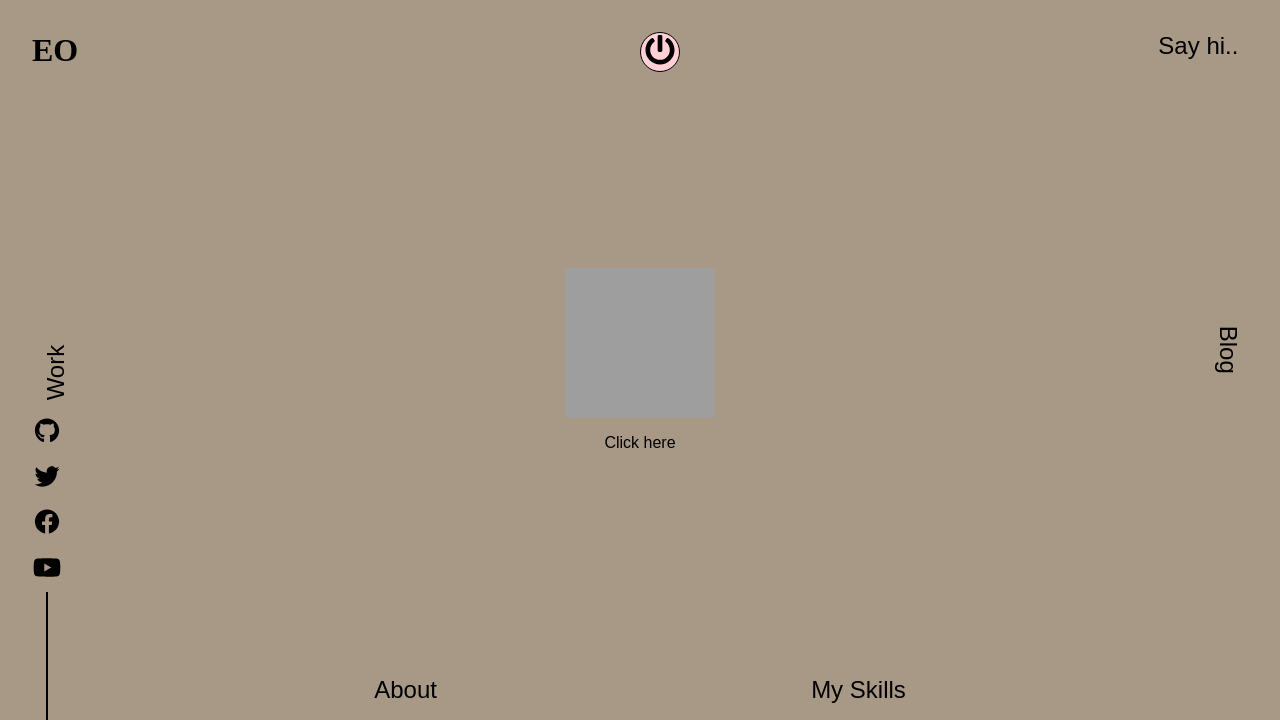
Repository: Deonorla/deon-dev
Page: /main
An editor plug-in stored every save of this project. The page is shown before and after the next save, followed by the edit.
The browser window is 1280 px wide. The pictures show the whole page.
Pictures or frames that could not be fetched are drawn as grey boxes. The project was rebuilt for these pictures with package versions that can differ from the ones it lists, and the page was loaded fresh each time. The framework's server and built-in components were replaced by stand-ins that run in the browser. Also part of the build but not shown: next.config.ts.

Above is the page before, as saved 2025-05-28 15:47:09.

### src/app/layout.tsx
import ClientRootLayout from "./ClientRootLayout";
export const metadata = {
  title: "Deon",
  description: "Deon's personal portfolio website",
};

export default function RootLayout({
  children,
}: {
  children: React.ReactNode;
}) {
  return <ClientRootLayout>{children}</ClientRootLayout>;
}

### src/app/main/page.tsx
"use client";

import PowerButton from "@/components/Button/PowerButton";
import LogoComponent from "@/components/Minor/Logo";
import Socials from "@/components/Minor/Socials";
import { YinYang } from "@/components/Minor/SvgPack/AllSvgs";
import Image from "next/image";
import Link from "next/link";
import styled from "styled-components";

const MainContainer = styled.div`
  background: ${(props) => props.theme.body};
  width: 100vw;
  height: 100vh;
  overflow: hidden;
  position: relative;

  h2,
  h3,
  h4,
  h5,
  h6 {
    font-family: "Karla", sans-serif;
    font-weight: 500;
  }
`;

const Container = styled.div`
  padding: 2rem;
`;

const Contact = styled(Link)`
  color: ${(props) => props.theme.text};
  position: absolute;
  top: 2rem;

  right: calc(1rem + 2vw);
  text-decoration: none;
  z-index: 1;
`;
const Blog = styled(Link)`
  color: ${(props) => props.theme.text};
  position: absolute;
  top: 50%;
  transform: rotate(90deg) translate(-50%, -50%);
  right: calc(1rem + 2vw);
  text-decoration: none;
  z-index: 1;
`;
const Work = styled(Link)`
  color: ${(props) => props.theme.text};
  position: absolute;
  top: 46%;
  transform: rotate(-90deg) translate(-50%, -50%);
  left: calc(1rem + 2vw);
  text-decoration: none;
  z-index: 1;
`;
const BottomBar = styled.div`
  position: absolute;
  bottom: 1rem;
  left: 0;
  right: 0;
  width: 100%;

  display: flex;
  justify-content: space-evenly;
`;
const About = styled(Link)`
  color: ${(props) => props.theme.text};
  text-decoration: none;
  z-index: 1;
`;
const Skills = styled(Link)`
  color: ${(props) => props.theme.text};
  text-decoration: none;
  z-index: 1;
`;

const Center = styled.button`
  position: absolute;
  top: 50%;
  left: 50%;
  transform: translate(-50%, -50%);
  border: none;
  outline: none;
  background-color: transparent;
  cursor: pointer;

  display: flex;
  flex-direction: column;
  justify-content: center;
  align-items: center;

  & > :last-child {
    padding-top: 1rem;
  }
`;

const Main = () => {
  return (
    <MainContainer>
      <Container>
        <PowerButton />
        <LogoComponent />
        <Socials />
        <Center>
          <Image
            src="/images/yinyang.png"
            alt="Deon Oluleye"
            width={150}
            height={150}
          />

          {/* <YinYang width={150} height={150} fill="currentColor" /> */}
          <span>Click here</span>
        </Center>
        <Contact target="_blank" href="mailto:deonoluleye@gmail.com">
          <h2>Say hi..</h2>
        </Contact>
        <Blog href="/blog">
          <h2>Blog</h2>
        </Blog>
        <Work href="/work">
          <h2>Work</h2>
        </Work>
        <BottomBar>
          <About href="/about">
            <h2>About</h2>
          </About>
          <Skills href="/Skills">
            <h2>My Skills</h2>
          </Skills>
        </BottomBar>
      </Container>
    </MainContainer>
  );
};

export default Main;

### src/app/ClientRootLayout.tsx
"use client";

import { Geist, Geist_Mono } from "next/font/google";
import { ThemeProvider } from "styled-components";
import GlobalStyle from "./globalStyles";
import "../../node_modules/normalize.css";
import { lightTheme } from "@/components/Minor/theme/Themes";

const geistSans = Geist({
  variable: "--font-geist-sans",
  subsets: ["latin"],
});

const geistMono = Geist_Mono({
  variable: "--font-geist-mono",
  subsets: ["latin"],
});

export default function ClientRootLayout({
  children,
}: {
  children: React.ReactNode;
}) {
  return (
    <html lang="en">
      <body>
        <ThemeProvider theme={lightTheme}>
          <GlobalStyle />
          {children}
        </ThemeProvider>
      </body>
    </html>
  );
}

### src/components/Button/PowerButton/index.tsx
"use client";
import { PowerBtn } from "@/components/Minor/SvgPack/AllSvgs";
import Image from "next/image";
import Link from "next/link";
import styled from "styled-components";

const Power = styled.button`
  position: fixed;
  top: 2rem;
  left: 50%;
  transform: translateX(-50%, 0);

  background-color: #ffd0d5;
  padding: 0.3rem;
  border-radius: 50%;
  border: 1px solid #000;
  width: 2.5rem;
  height: 2.5rem;

  display: flex;
  justify-content: center;
  align-items: center;
  z-index: 3;

  cursor: pointer;

  &:hover {
    background-color: rgba(0, 255, 0, 0.4);
    box-shadow: 0 0 8px 6px rgba(0, 255, 0, 0.2);
  }

  & > *:first-child {
    text-decoration: none;
    color: inherit;
  }
`;

const PowerButton = () => {
  return (
    <Power>
      <Link href="/">
        <PowerBtn width={30} height={30} fill="currentColor" />
      </Link>
    </Power>
  );
};

export default PowerButton;

### src/components/Minor/Logo/index.tsx
import React from "react";
import styled from "styled-components";

const Logo = styled.h1`
  display: inline-block;
  color: ${(prop) => prop.theme.text};
  font-family: "pacifico", cursive;

  position: fixed;
  left: 2rem;
  top: 2rem;
  z-index: 3;
`;

const LogoComponent = () => {
  return (
    <div>
      <Logo>EO</Logo>
    </div>
  );
};

export default LogoComponent;

### src/components/Minor/Socials/index.tsx
import Link from "next/link";
import React from "react";
import styled from "styled-components";
import { Facebook, Github, Twitter, YouTube } from "../SvgPack/AllSvgs";

const Icons = styled.div`
  display: flex;
  flex-direction: column;
  align-items: center;

  position: fixed;
  bottom: 0;
  left: 2rem;

  z-index: 3;

  & > *:not(:last-child) {
    margin: 0.5rem 0;
  }
`;

const Line = styled.span`
  width: 2px;
  height: 8rem;
  background-color: ${(props) => props.theme.text};
`;

const Socials = () => {
  return (
    <Icons>
      <div>
        <Link
          style={{ color: "inherit" }}
          target="_blank"
          href="https://github.com/deonorla"
        >
          <Github width={30} height={25} fill="currentColor" />
        </Link>
      </div>
      <div>
        <Link
          style={{ color: "inherit" }}
          target="_blank"
          href="https://x.com/DeonAtricks"
        >
          <Twitter width={30} height={25} fill="currentColor" />
        </Link>
      </div>
      <div>
        <Link style={{ color: "inherit" }} target="_blank" href="https://">
          <Facebook width={30} height={25} fill="currentColor" />
        </Link>
      </div>
      <div>
        <Link style={{ color: "inherit" }} target="_blank" href="https://">
          <YouTube width={30} height={25} fill="currentColor" />
        </Link>
      </div>
      <Line />
    </Icons>
  );
};

export default Socials;

### src/app/globalStyles.ts
import { createGlobalStyle } from "styled-components";

const GlobalStyle = createGlobalStyle`

*,*::before,*::after, h1, h2, h3, h4, h5, h6 {
  margin: 0;
  padding: 0;
}

h1, h2, h3, h4, h5, h6 {
display: inline-block;
}

body {
    margin: 0;
    padding: 0;
    overflow-x: hidden;
    font-family: "Source Sans Pro", sans-serif;
 }
`;

export default GlobalStyle;

### src/components/Minor/theme/Themes.ts
export interface MyTheme {
  body: string;
  text: string;
  fontFamily: string;
  bodyRgba: string;
  textRgba: string;
}

export const lightTheme = {
  body: "#A89987",
  text: "#000000",
  fontFamily: "'Source Sans Pro', sans-serif",
  bodyRgba: "252, 246, 244",
  textRgba: "0,0,0",
};

export const darkTheme = {
  body: "#000000",
  text: "#A89987",
  fontFamily: "'Source Sans Pro', sans-serif",
  bodyRgba: "0,0,0",
  textRgba: "252, 246, 244",
};

### src/components/Minor/SvgPack/AllSvgs.tsx
// components/PowerBtn.tsx
import React from "react";

interface Props extends React.SVGProps<SVGSVGElement> {
  fill?: string;
}

export const PowerBtn: React.FC<Props> = (props) => {
  return (
    <svg
      aria-hidden="true"
      data-prefix="fas"
      data-icon="power-off"
      className="svg-inline--fa fa-power-off fa-w-16"
      xmlns="http://www.w3.org/2000/svg"
      viewBox="0 0 512 512"
      {...props}
    >
      <path
        fill={props.fill || "currentColor"}
        d="M400 54.1c63 45 104 118.6 104 201.9 0 136.8-110.8 247.7-247.5 248C120 504.3 8.2 393 8 256.4 7.9 173.1 48.9 99.3 111.8 54.2c11.7-8.3 28-4.8 35 7.7L162.6 90c5.9 10.5 3.1 23.8-6.6 31-41.5 30.8-68 79.6-68 134.9-.1 92.3 74.5 168.1 168 168.1 91.6 0 168.6-74.2 168-169.1-.3-51.8-24.7-101.8-68.1-134-9.7-7.2-12.4-20.5-6.5-30.9l15.8-28.1c7-12.4 23.2-16.1 34.8-7.8zM296 264V24c0-13.3-10.7-24-24-24h-32c-13.3 0-24 10.7-24 24v240c0 13.3 10.7 24 24 24h32c13.3 0 24-10.7 24-24z"
      />
    </svg>
  );
};

export const Github: React.FC<Props> = (props) => {
  return (
    <svg
      aria-hidden="true"
      data-prefix="fab"
      data-icon="github"
      className="prefix__svg-inline--fa prefix__fa-github prefix__fa-w-16"
      xmlns="http://www.w3.org/2000/svg"
      viewBox="0 0 496 512"
      {...props}
    >
      <path
        fill={props.fill}
        d="M165.9 397.4c0 2-2.3 3.6-5.2 3.6-3.3.3-5.6-1.3-5.6-3.6 0-2 2.3-3.6 5.2-3.6 3-.3 5.6 1.3 5.6 3.6zm-31.1-4.5c-.7 2 1.3 4.3 4.3 4.9 2.6 1 5.6 0 6.2-2s-1.3-4.3-4.3-5.2c-2.6-.7-5.5.3-6.2 2.3zm44.2-1.7c-2.9.7-4.9 2.6-4.6 4.9.3 2 2.9 3.3 5.9 2.6 2.9-.7 4.9-2.6 4.6-4.6-.3-1.9-3-3.2-5.9-2.9zM244.8 8C106.1 8 0 113.3 0 252c0 110.9 69.8 205.8 169.5 239.2 12.8 2.3 17.3-5.6 17.3-12.1 0-6.2-.3-40.4-.3-61.4 0 0-70 15-84.7-29.8 0 0-11.4-29.1-27.8-36.6 0 0-22.9-15.7 1.6-15.4 0 0 24.9 2 38.6 25.8 21.9 38.6 58.6 27.5 72.9 20.9 2.3-16 8.8-27.1 16-33.7-55.9-6.2-112.3-14.3-112.3-110.5 0-27.5 7.6-41.3 23.6-58.9-2.6-6.5-11.1-33.3 2.6-67.9 20.9-6.5 69 27 69 27 20-5.6 41.5-8.5 62.8-8.5s42.8 2.9 62.8 8.5c0 0 48.1-33.6 69-27 13.7 34.7 5.2 61.4 2.6 67.9 16 17.7 25.8 31.5 25.8 58.9 0 96.5-58.9 104.2-114.8 110.5 9.2 7.9 17 22.9 17 46.4 0 33.7-.3 75.4-.3 83.6 0 6.5 4.6 14.4 17.3 12.1C428.2 457.8 496 362.9 496 252 496 113.3 383.5 8 244.8 8zM97.2 352.9c-1.3 1-1 3.3.7 5.2 1.6 1.6 3.9 2.3 5.2 1 1.3-1 1-3.3-.7-5.2-1.6-1.6-3.9-2.3-5.2-1zm-10.8-8.1c-.7 1.3.3 2.9 2.3 3.9 1.6 1 3.6.7 4.3-.7.7-1.3-.3-2.9-2.3-3.9-2-.6-3.6-.3-4.3.7zm32.4 35.6c-1.6 1.3-1 4.3 1.3 6.2 2.3 2.3 5.2 2.6 6.5 1 1.3-1.3.7-4.3-1.3-6.2-2.2-2.3-5.2-2.6-6.5-1zm-11.4-14.7c-1.6 1-1.6 3.6 0 5.9 1.6 2.3 4.3 3.3 5.6 2.3 1.6-1.3 1.6-3.9 0-6.2-1.4-2.3-4-3.3-5.6-2z"
      />
    </svg>
  );
};

export const Twitter: React.FC<Props> = (props) => {
  return (
    <svg
      aria-hidden="true"
      data-prefix="fab"
      data-icon="twitter"
      className="prefix__svg-inline--fa prefix__fa-twitter prefix__fa-w-16"
      xmlns="http://www.w3.org/2000/svg"
      viewBox="0 0 512 512"
      {...props}
    >
      <path
        fill={props.fill}
        d="M459.37 151.716c.325 4.548.325 9.097.325 13.645 0 138.72-105.583 298.558-298.558 298.558-59.452 0-114.68-17.219-161.137-47.106 8.447.974 16.568 1.299 25.34 1.299 49.055 0 94.213-16.568 130.274-44.832-46.132-.975-84.792-31.188-98.112-72.772 6.498.974 12.995 1.624 19.818 1.624 9.421 0 18.843-1.3 27.614-3.573-48.081-9.747-84.143-51.98-84.143-102.985v-1.299c13.969 7.797 30.214 12.67 47.431 13.319-28.264-18.843-46.781-51.005-46.781-87.391 0-19.492 5.197-37.36 14.294-52.954 51.655 63.675 129.3 105.258 216.365 109.807-1.624-7.797-2.599-15.918-2.599-24.04 0-57.828 46.782-104.934 104.934-104.934 30.213 0 57.502 12.67 76.67 33.137 23.715-4.548 46.456-13.32 66.599-25.34-7.798 24.366-24.366 44.833-46.132 57.827 21.117-2.273 41.584-8.122 60.426-16.243-14.292 20.791-32.161 39.308-52.628 54.253z"
      />
    </svg>
  );
};

export const Facebook: React.FC<Props> = (props) => {
  return (
    <svg
      aria-hidden="true"
      data-prefix="fab"
      data-icon="facebook"
      className="prefix__svg-inline--fa prefix__fa-facebook prefix__fa-w-16"
      xmlns="http://www.w3.org/2000/svg"
      viewBox="0 0 512 512"
      {...props}
    >
      <path
        fill={props.fill}
        d="M504 256C504 119 393 8 256 8S8 119 8 256c0 123.78 90.69 226.38 209.25 245V327.69h-63V256h63v-54.64c0-62.15 37-96.48 93.67-96.48 27.14 0 55.52 4.84 55.52 4.84v61h-31.28c-30.8 0-40.41 19.12-40.41 38.73V256h68.78l-11 71.69h-57.78V501C413.31 482.38 504 379.78 504 256z"
      />
    </svg>
  );
};

export const YouTube: React.FC<Props> = (props) => {
  return (
    <svg
      aria-hidden="true"
      data-prefix="fab"
      data-icon="youtube"
      className="prefix__svg-inline--fa prefix__fa-youtube prefix__fa-w-18"
      xmlns="http://www.w3.org/2000/svg"
      viewBox="0 0 576 512"
      {...props}
    >
      <path
        fill={props.fill}
        d="M549.655 124.083c-6.281-23.65-24.787-42.276-48.284-48.597C458.781 64 288 64 288 64S117.22 64 74.629 75.486c-23.497 6.322-42.003 24.947-48.284 48.597-11.412 42.867-11.412 132.305-11.412 132.305s0 89.438 11.412 132.305c6.281 23.65 24.787 41.5 48.284 47.821C117.22 448 288 448 288 448s170.78 0 213.371-11.486c23.497-6.321 42.003-24.171 48.284-47.821 11.412-42.867 11.412-132.305 11.412-132.305s0-89.438-11.412-132.305zm-317.51 213.508V175.185l142.739 81.205-142.739 81.201z"
      />
    </svg>
  );
};

export const YinYang: React.FC<Props> = (props) => {
  return (
    <svg
      aria-hidden="true"
      data-prefix="fas"
      data-icon="yin-yang"
      className="prefix__svg-inline--fa prefix__fa-yin-yang prefix__fa-w-16"
      xmlns="http://www.w3.org/2000/svg"
      viewBox="0 0 496 512"
      {...props}
    >
      <path
        fill={props.fill}
        d="M248 8C111.03 8 0 119.03 0 256s111.03 248 248 248 248-111.03 248-248S384.97 8 248 8zm0 376c-17.67 0-32-14.33-32-32s14.33-32 32-32 32 14.33 32 32-14.33 32-32 32zm0-128c-53.02 0-96 42.98-96 96s42.98 96 96 96c-106.04 0-192-85.96-192-192S141.96 64 248 64c53.02 0 96 42.98 96 96s-42.98 96-96 96zm0-128c-17.67 0-32 14.33-32 32s14.33 32 32 32 32-14.33 32-32-14.33-32-32-32z"
      />
    </svg>
  );
};

export const Anchor: React.FC<Props> = (props) => {
  return (
    <svg
      aria-hidden="true"
      data-prefix="fas"
      data-icon="anchor"
      className="prefix__svg-inline--fa prefix__fa-anchor prefix__fa-w-18"
      xmlns="http://www.w3.org/2000/svg"
      viewBox="0 0 576 512"
      {...props}
    >
      <path
        fill={props.fill}
        d="M12.971 352h32.394C67.172 454.735 181.944 512 288 512c106.229 0 220.853-57.38 242.635-160h32.394c10.691 0 16.045-12.926 8.485-20.485l-67.029-67.029c-4.686-4.686-12.284-4.686-16.971 0l-67.029 67.029c-7.56 7.56-2.206 20.485 8.485 20.485h35.146c-20.29 54.317-84.963 86.588-144.117 94.015V256h52c6.627 0 12-5.373 12-12v-40c0-6.627-5.373-12-12-12h-52v-5.47c37.281-13.178 63.995-48.725 64-90.518C384.005 43.772 341.605.738 289.37.01 235.723-.739 192 42.525 192 96c0 41.798 26.716 77.35 64 90.53V192h-52c-6.627 0-12 5.373-12 12v40c0 6.627 5.373 12 12 12h52v190.015c-58.936-7.399-123.82-39.679-144.117-94.015h35.146c10.691 0 16.045-12.926 8.485-20.485l-67.029-67.029c-4.686-4.686-12.284-4.686-16.971 0L4.485 331.515C-3.074 339.074 2.28 352 12.971 352zM288 64c17.645 0 32 14.355 32 32s-14.355 32-32 32-32-14.355-32-32 14.355-32 32-32z"
      />
    </svg>
  );
};

export const Link: React.FC<Props> = (props) => {
  return (
    <svg
      aria-hidden="true"
      data-prefix="fas"
      data-icon="link"
      className="prefix__svg-inline--fa prefix__fa-link prefix__fa-w-16"
      xmlns="http://www.w3.org/2000/svg"
      viewBox="0 0 512 512"
      {...props}
    >
      <path
        fill={props.fill}
        d="M326.612 185.391c59.747 59.809 58.927 155.698.36 214.59-.11.12-.24.25-.36.37l-67.2 67.2c-59.27 59.27-155.699 59.262-214.96 0-59.27-59.26-59.27-155.7 0-214.96l37.106-37.106c9.84-9.84 26.786-3.3 27.294 10.606.648 17.722 3.826 35.527 9.69 52.721 1.986 5.822.567 12.262-3.783 16.612l-13.087 13.087c-28.026 28.026-28.905 73.66-1.155 101.96 28.024 28.579 74.086 28.749 102.325.51l67.2-67.19c28.191-28.191 28.073-73.757 0-101.83-3.701-3.694-7.429-6.564-10.341-8.569a16.037 16.037 0 01-6.947-12.606c-.396-10.567 3.348-21.456 11.698-29.806l21.054-21.055c5.521-5.521 14.182-6.199 20.584-1.731a152.482 152.482 0 0120.522 17.197zM467.547 44.449c-59.261-59.262-155.69-59.27-214.96 0l-67.2 67.2c-.12.12-.25.25-.36.37-58.566 58.892-59.387 154.781.36 214.59a152.454 152.454 0 0020.521 17.196c6.402 4.468 15.064 3.789 20.584-1.731l21.054-21.055c8.35-8.35 12.094-19.239 11.698-29.806a16.037 16.037 0 00-6.947-12.606c-2.912-2.005-6.64-4.875-10.341-8.569-28.073-28.073-28.191-73.639 0-101.83l67.2-67.19c28.239-28.239 74.3-28.069 102.325.51 27.75 28.3 26.872 73.934-1.155 101.96l-13.087 13.087c-4.35 4.35-5.769 10.79-3.783 16.612 5.864 17.194 9.042 34.999 9.69 52.721.509 13.906 17.454 20.446 27.294 10.606l37.106-37.106c59.271-59.259 59.271-155.699.001-214.959z"
      />
    </svg>
  );
};

export const Design: React.FC<Props> = (props) => {
  return (
    <svg
      aria-hidden="true"
      data-prefix="fas"
      data-icon="palette"
      className="prefix__svg-inline--fa prefix__fa-palette prefix__fa-w-16"
      xmlns="http://www.w3.org/2000/svg"
      viewBox="0 0 512 512"
      {...props}
    >
      <path
        fill={props.fill}
        d="M204.3 5C104.9 24.4 24.8 104.3 5.2 203.4c-37 187 131.7 326.4 258.8 306.7 41.2-6.4 61.4-54.6 42.5-91.7-23.1-45.4 9.9-98.4 60.9-98.4h79.7c35.8 0 64.8-29.6 64.9-65.3C511.5 97.1 368.1-26.9 204.3 5zM96 320c-17.7 0-32-14.3-32-32s14.3-32 32-32 32 14.3 32 32-14.3 32-32 32zm32-128c-17.7 0-32-14.3-32-32s14.3-32 32-32 32 14.3 32 32-14.3 32-32 32zm128-64c-17.7 0-32-14.3-32-32s14.3-32 32-32 32 14.3 32 32-14.3 32-32 32zm128 64c-17.7 0-32-14.3-32-32s14.3-32 32-32 32 14.3 32 32-14.3 32-32 32z"
      />
    </svg>
  );
};

export const Developer: React.FC<Props> = (props) => {
  return (
    <svg
      aria-hidden="true"
      data-prefix="fas"
      data-icon="laptop-code"
      className="prefix__svg-inline--fa prefix__fa-laptop-code prefix__fa-w-20"
      xmlns="http://www.w3.org/2000/svg"
      viewBox="0 0 640 512"
      {...props}
    >
      <path
        fill={props.fill}
        d="M255.03 261.65c6.25 6.25 16.38 6.25 22.63 0l11.31-11.31c6.25-6.25 6.25-16.38 0-22.63L253.25 192l35.71-35.72c6.25-6.25 6.25-16.38 0-22.63l-11.31-11.31c-6.25-6.25-16.38-6.25-22.63 0l-58.34 58.34c-6.25 6.25-6.25 16.38 0 22.63l58.35 58.34zm96.01-11.3l11.31 11.31c6.25 6.25 16.38 6.25 22.63 0l58.34-58.34c6.25-6.25 6.25-16.38 0-22.63l-58.34-58.34c-6.25-6.25-16.38-6.25-22.63 0l-11.31 11.31c-6.25 6.25-6.25 16.38 0 22.63L386.75 192l-35.71 35.72c-6.25 6.25-6.25 16.38 0 22.63zM624 416H381.54c-.74 19.81-14.71 32-32.74 32H288c-18.69 0-33.02-17.47-32.77-32H16c-8.8 0-16 7.2-16 16v16c0 35.2 28.8 64 64 64h512c35.2 0 64-28.8 64-64v-16c0-8.8-7.2-16-16-16zM576 48c0-26.4-21.6-48-48-48H112C85.6 0 64 21.6 64 48v336h512V48zm-64 272H128V64h384v256z"
      />
    </svg>
  );
};

After the next save:
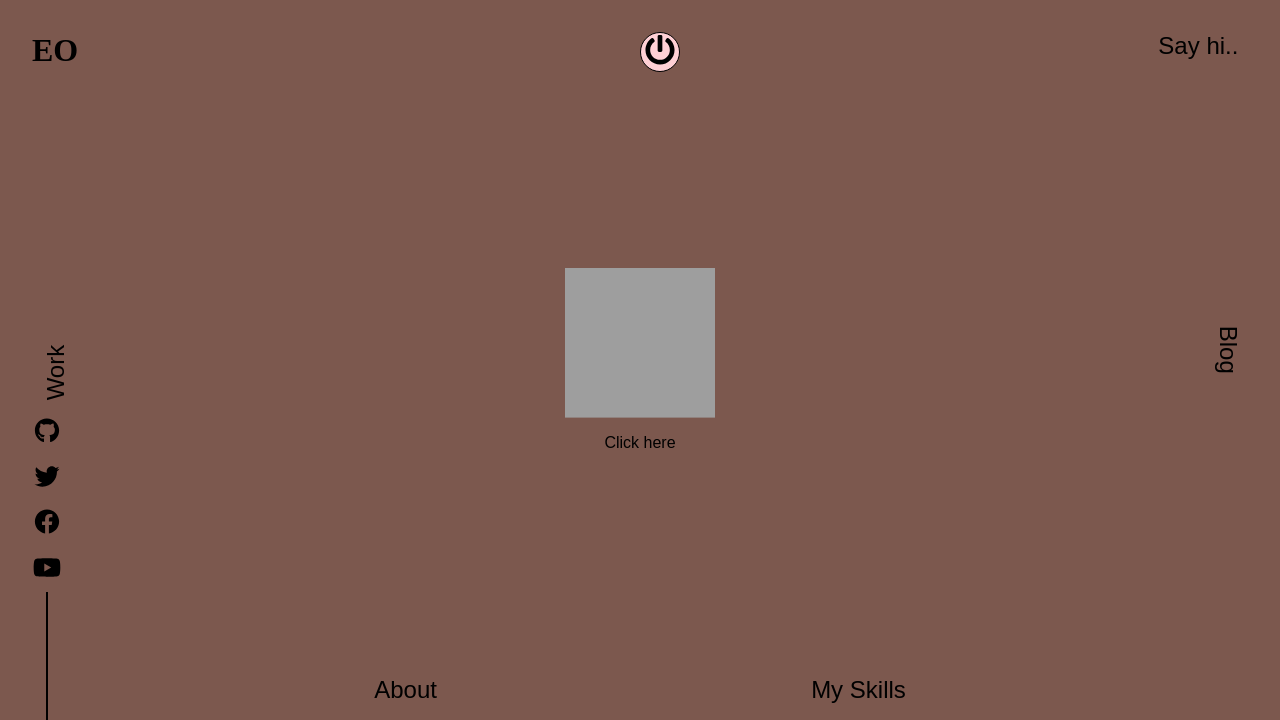
Saved 84 s later.
--- a/src/components/Minor/theme/Themes.ts
+++ b/src/components/Minor/theme/Themes.ts
@@ -7,7 +7,7 @@
 }
 
 export const lightTheme = {
-  body: "#A89987",
+  body: "#7C584E",
   text: "#000000",
   fontFamily: "'Source Sans Pro', sans-serif",
   bodyRgba: "252, 246, 244",
@@ -16,7 +16,7 @@
 
 export const darkTheme = {
   body: "#000000",
-  text: "#A89987",
+  text: "#7C584E",
   fontFamily: "'Source Sans Pro', sans-serif",
   bodyRgba: "0,0,0",
   textRgba: "252, 246, 244",
